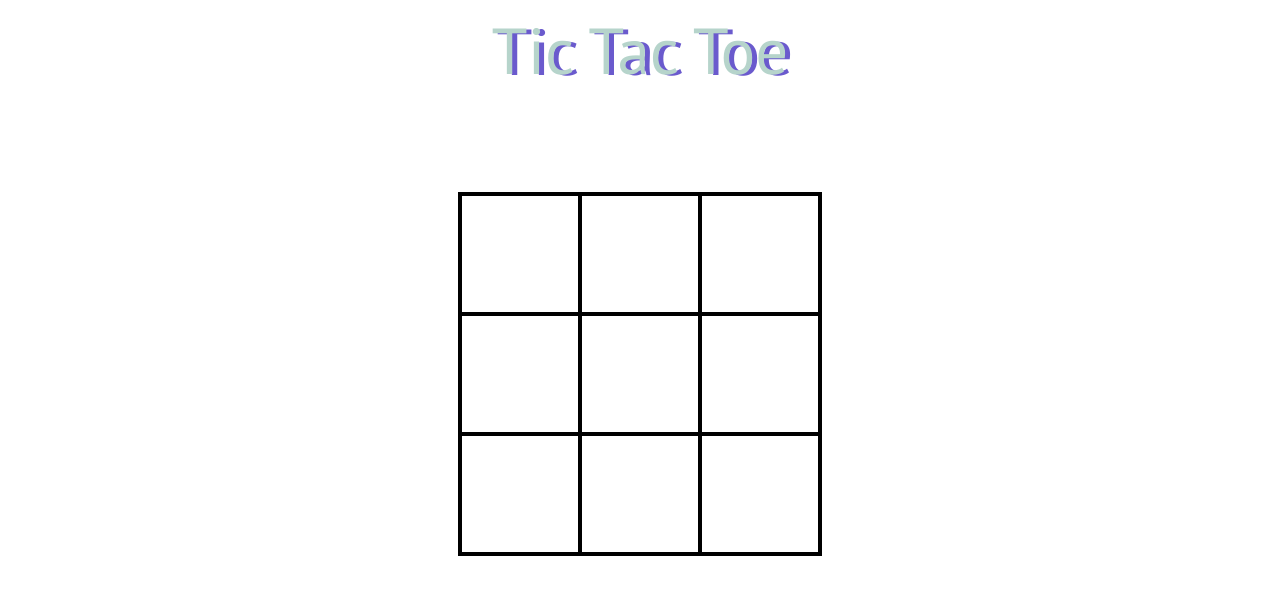
Repository: chin9/TicTacToe
Page: index.html
An editor plug-in stored every save of this project. The page is shown before and after the next save, followed by the edit.
The browser window is 1280 px wide. The pictures show the whole page.

Above is the page before, as saved 2021-05-12 13:49:01.

After the next save:
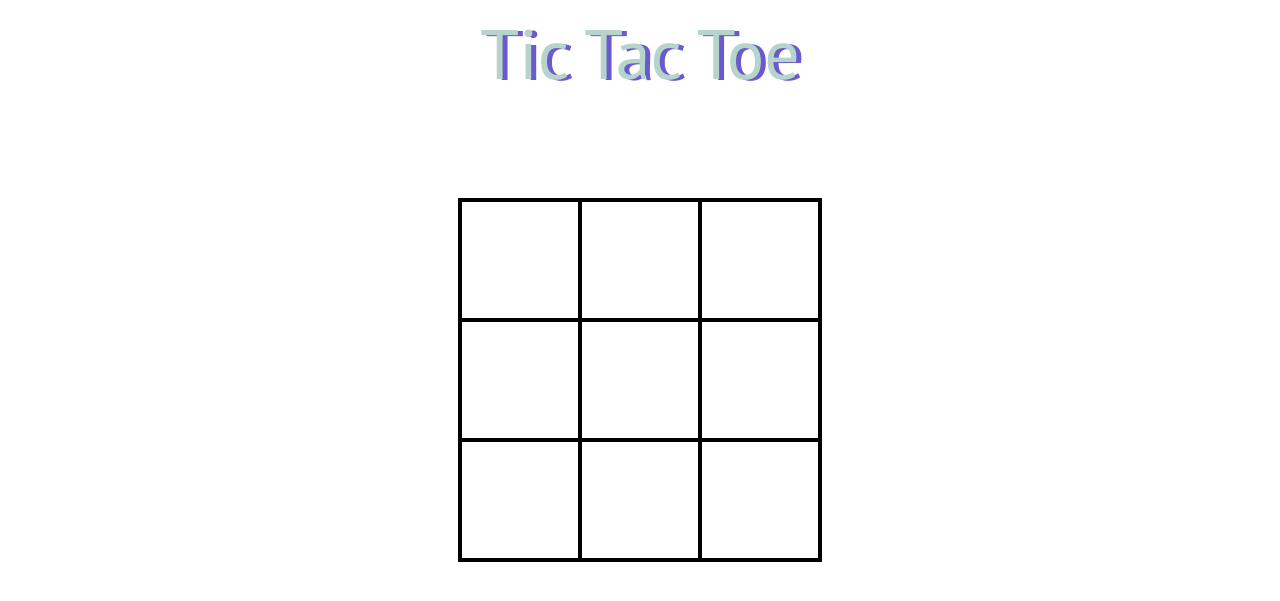
Saved 16 s later.
--- a/style.css
+++ b/style.css
@@ -3,7 +3,7 @@
 
 header{
     font-family: 'PT Sans', sans-serif;
-    font-size: 65px;
+    font-size: 70px;
     color: rgb(182, 212, 203);
     text-shadow: 5px 1px slateblue;
     text-align: center;
